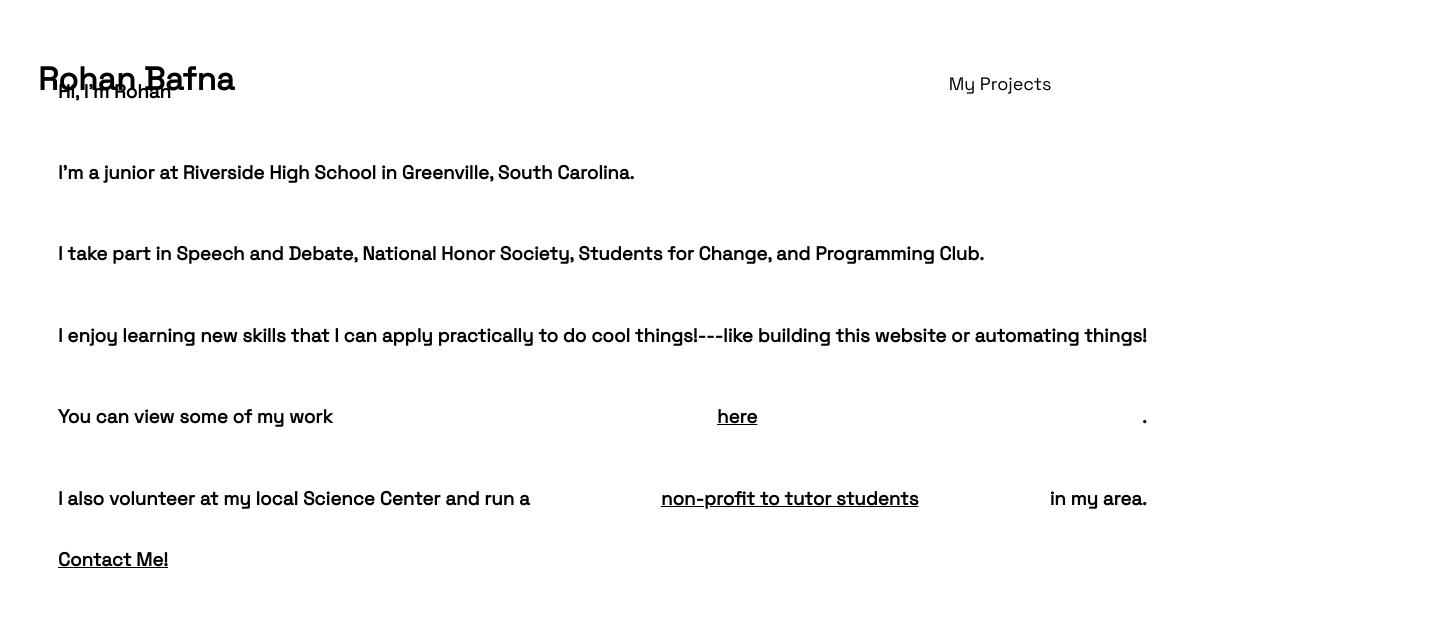
Repository: rbafna6507/rbafna6507.github.io
Page: index.html
An editor plug-in stored every save of this project. The page is shown before and after the next save, followed by the edit.
The browser window is 1280 px wide. The page is 1420 px wide, then 1438 px, so the pictures cover 1438 px, including what lies to the right of the window. The pictures show the whole page.

Above is the page before, as saved 2020-12-20 21:47:10.

After the next save:
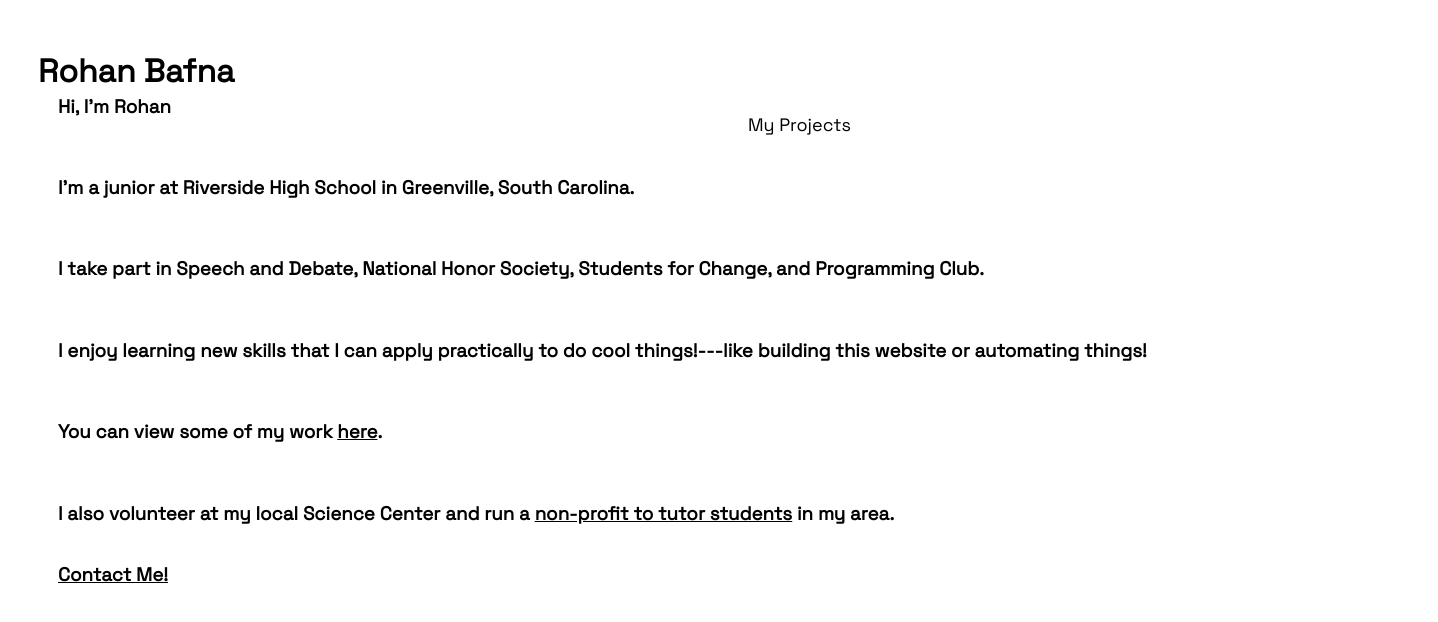
Saved 45 s later.
--- a/about.css
+++ b/about.css
@@ -5,10 +5,6 @@
 body{
   max-height:1000px;
   max-width:1400px
-}
-
-div{
-  display: inline-block;
 }
 
 li{
@@ -42,20 +38,6 @@ ul{
   margin-left: 680px;
 }
 
-#logo {
-    display: inline-block;
-    width: 40px;
-    height: 40px;
-    position: relative;
-    top: 70px;
-    bottom: 400px;
-  }
-
-  h3 {
-    display: flex;
-    align-items: center;
-    justify-content: space-between;
-}
   #navbar {
     position: relative;
     left: 20px;
